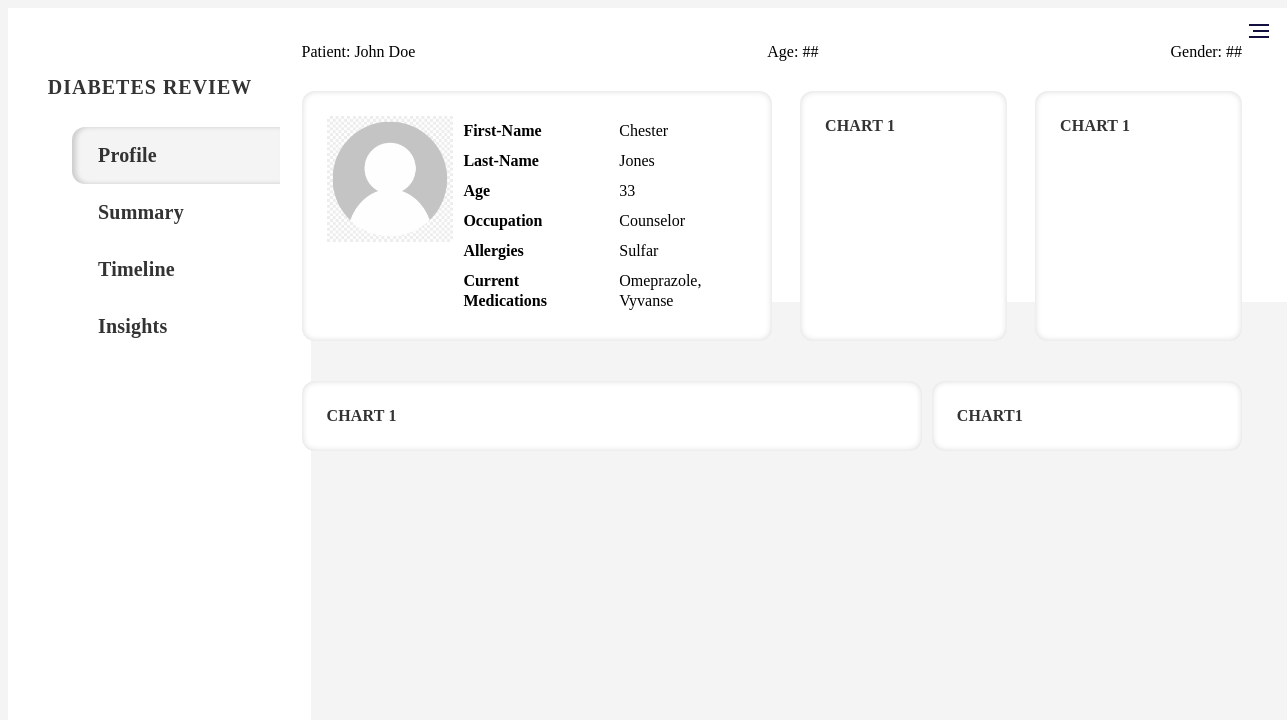
Repository: ariellecerini/clinical-reasoning
Page: /
An editor plug-in stored every save of this project. The page is shown before and after the next save, followed by the edit.
The browser window is 1280 px wide. The page is 1287 px wide, so the pictures cover 1287 px, including what lies to the right of the window. The pictures show the whole page.
The project was rebuilt for these pictures with package versions that can differ from the ones it lists, and the page was loaded fresh each time.

Above is the page before, as saved 2021-07-18 23:47:09.

### src/App.vue
<template>

                <div class="page-container">
                    <div class="row">
                        <div class="col-3">
                        <side-panel v-bind="{showing: true, title: 'Diabetes Review'}" />
                        </div>
                        <div class="col-9 dashboard bodycontent">
                            <div class="row dashboard bodycontent top-bar" style="padding-bottom: 30px;">
                                <div>Patient: John Doe</div>
                                <div>Age: ##</div>
                                <div>Gender: ##</div>

                            </div>

                                <div class="row dashboard bodycontent" style="padding-bottom: 40px;">
                                    <div class="two-col">
                                        <profile-card :profile='data'/>
                                    </div>
                                     <div class="four-col">
                                        <info-module v-bind="{title: 'Chart 1', content: sample}"/>
                                    </div>
                                     <div class="four-col">
                                        <info-module v-bind="{title: 'Chart 1', content: data}"/>
                                    </div>


                                </div>
                                <div class="row dashboard bodycontent">
                                    <div style="width: 66%; padding: 0;">
                                        <info-module v-bind="{title: 'Chart 1'}"/>
                                    </div>
                                    <div style="width: 33%;">
                                        <info-module v-bind="{title: 'Chart1'}"/>
                                    </div>
                                </div>
                        </div>
                    </div>
                </div>

</template>

<script>
import './stories/Dashboard/dashboard.css';
import './stories/style-tokens.css';
import SidePanel from './stories/Dashboard/Menu/SidePanel/SidePanel.vue'
import InfoModule from './stories/Dashboard/Components/InfoModule/InfoModule.vue';
import ProfileCard from './stories/Dashboard/Components/ProfileCard/ProfileCard.vue';
import './assets/bootstrap-4.1.3-dist/css/bootstrap-grid.min.css';
import profileData from "./assets/profileData.json";
import sampleData from "./assets/sampleData.json";

export default {
    name: "dashboard-layout",
    components: {
    InfoModule,
    SidePanel,
    ProfileCard
  },

    props:{
        title: String
    },
   data(){

        return{
            data: profileData,
            sample: sampleData
        }
      }

}
</script>

<style scoped>
.page-container{
    width: 100%;
    padding: 0;
    margin: 0;
    display:flexbox;
    justify-content: space-between;
}

.row.dashboard.bodycontent{
    width: 100%;
    display: flexbox;
    justify-content: space-between;

}
.col-9.dashboard.bodycontent{
    width: 100%;
    padding: 35px 30px 35px 0;

}
.two-col{
  width:50%;
}
.three-col{
    width: 33%;
}

.four-col{
    width: 22%;
}

iframe.sb-show-main.sb-main-padded{
    padding: 0 !important;
}
.card{
    width: 100%;
}

p{
  margin-top: 5px !important;
  margin-bottom: 5px !important;
}
</style>

### src/stories/Dashboard/dashboard.css
.card{
    background: var(--cardBackground) 0% 0% no-repeat padding-box;
    box-shadow: inset 0px 0px 6px #00000029;
    border-radius: 13px;
    width: 90%;
    height: 100%;
    padding: 25px;
    margin: auto;
}

h3.card-title.dashboard{
    text-align: left;
    font: normal normal bold 16px/20px IBM Plex Sans;
    letter-spacing: 0.18px;
    color: var(--black);
    text-transform: uppercase;
    opacity: 1;
    margin: 0;
}

.listItem{
    border-bottom: 1px solid var(--gray4);
    text-align: left;
    font: normal normal 400 16px/20px IBM Plex Sans;
    letter-spacing: 0px;
    color: #5D5D5D;
    opacity: 1;
    padding: 2% 0;
}

### src/stories/Dashboard/Menu/SidePanel/SidePanel.vue
<template>


<div id="app">
 <nav class="main-nav">
     <div class="logo">
       {{ title }}
     </div>
     <Burger></Burger>
   </nav>
    <Sidebar class="sidebar menu navholder">
     <div class="site-title">{{ title }}</div>
        <div class="menu-items">
            <menu-item @onClick="onClick" v-bind="{ active: true, hover: false, label: 'profile' }"/>
            <menu-item @onClick="onClick" v-bind="{ active: false, hover: false, label: 'summary' }"/>
            <menu-item @onClick="onClick" v-bind="{ active: false, hover: false, label: 'timeline' }"/>
            <menu-item @onClick="onClick" v-bind="{ active: false, hover: false, label: 'insights' }"/>
        </div>
   </Sidebar>



<!-- onclick function needs to be added
        set all 'active' props to false except for the menu item that was clicked
        switch the displayed info to the page that corresponds with the menu item
    -->

    </div>
</template>

<script>
import '../MenuItem/Menu.css';
import MenuItem from '../MenuItem/MenuItem.vue';
import Burger from '../MenuItem/Burger.vue';
import Sidebar from '../SidePanel/Sidebar.vue';
// import '../../../assets/normalize.css'

export default {
 name: 'side-panel',
  components: {
      MenuItem,
      Burger,
      Sidebar
      },
 props: {
     title: {
      type: String,
      required: true
    }
 }
}
</script>

<style scoped>
 .main-nav {
   display: flex;
   justify-content: space-between;
   padding: 0.5rem 0.8rem;
 }

 ul.sidebar-panel-nav {
   list-style-type: none;
 }

 ul.sidebar-panel-nav > li > a {
   color: #fff;
   text-decoration: none;
   font-size: 1.5rem;
   display: block;
   padding-bottom: 0.5em;
 }
</style>

### src/stories/Dashboard/Components/InfoModule/InfoModule.vue
<template>
  <Card class="card">
    <h3 class="card-title dashboard">{{title}}</h3>
    <div v-if= "contentType === 'ListTable'">
      <ListTable v-bind="{content: ''}" />
      </div>
  </Card>
</template>

<script>
import '../../dashboard.css';
import Card from '../Card/Card.vue';
import ListTable from '../ListTable/ListTable.vue'
// import '../../../assets/normalize.css'

// import '../../../assets/style.css'

export default {
  name: 'info-module',
  components: { Card, ListTable },
  props: {
    title: {
      type: String,
      required: true,
      default: "Insert Title Here"
    },
    content: {
      type: Array,
      required: false

    },
    contentType:{
      type: String,
      required: true,
      default: 'ListTable'
    }
  },
};
</script>

### src/stories/Dashboard/Components/ProfileCard/ProfileCard.vue
<template>
  <Card class="card">
   <div class="profile-card">
       <div class="left-side">
            <div class="profile-image" style="width: 100%;">
                    <img src="../../../assets/place-holder.png" style="width: 100%;">
                </div>

            {{profile.name}}
        </div>

        <div class="right-side">
            <div v-for="(value, name) in profile" :key="value">
                <!-- <div v-for="newDataValue in newDataValues" :key="newDataValue"> -->
                 <div style="display: flex; justify-content: space-between;  font: normal normal 500 16px/20px IBM Plex Sans">
                    <div style="width: 45%;">
                        <p>
                          <strong>
                            {{name}}
                          </strong>
                        </p>
                    </div>
                    <div style="width: 45%; ">
                      <p>
                        {{value}}
                      </p>
                    </div>
                </div>
                    <!-- </div> -->
            </div>
        </div>
      </div>
  </Card>
</template>

<script>
import '../../dashboard.css';
import Card from '../Card/Card.vue';

// import '../../../assets/normalize.css'

// import '../../../assets/style.css'

export default {
  name: 'profile-card',
  components: { Card },
  props: {
    title: {
      type: String,
      required: true,
      default: "Insert Title Here"
    },
    profile:{
      type: Array,
      required: true
    },
    image:{
      type: String,
      required: false
          }
  }
};
</script>

<style scoped>
.profile-card{
  display: flex;
  justify-content: space-between;
}

p{
  margin-top: 5px;
  margin-bottom: 5px;
  text-transform: capitalize;
}
.left-side{
  width: 30%;
}
</style>

### src/stories/Dashboard/Menu/MenuItem/Menu.css
.sb-show-main.sb-main-padded{
    background: #fafafa;

}
.nav-item {
    box-shadow: none;
    padding-top: 15px;
    padding-bottom: 15px;
    padding-left: 10%;
    margin-left: auto;
    width: 80%;
    text-align: left;
    text-transform:capitalize;
    font: normal normal 600 20px/27px IBM Plex Sans;
    letter-spacing: 0.2px;
    color: var(--black);
    border-radius: 0;
}

.nav-item.nav-item-hover{
    background-color: var(--gray1);
    border-radius: 13px 0px 0px 13px;
}

.nav-item:hover{
    background-color: var(--appBgColor);
    border-radius: 13px 0px 0px 13px;
}
.nav-item.nav-item-active {
    box-shadow: inset 4px 0px 5px #00000029;
    border-radius: 13px 0px 0px 13px;
    background-color: var(--appBgColor);

   }

/* 'nav-item--active': this.active,
'nav-item--rounded': this.rounded, */

.sidebar.menu.navholder{
    background: #FFFFFF 0% 0% no-repeat padding-box;
    /* box-shadow: inset 0px 3px 10px #00000029; */
    opacity: 1;
    width: 100%;
    height: 100vh;
    justify-content: flex-start;
    max-width: 303px;
    display: flex;
    position: fixed;
    flex-direction: column;
    padding-bottom: 10%;
}

.site-title{
    margin-top: 10%;
    margin-bottom: 10%;
    text-align: center;
    font: normal normal 600 20px/27px IBM Plex Sans;
    letter-spacing: 1px;
    color: #333333;
    text-transform: uppercase;
    opacity: 1;
}

.logo{
    margin-top: 10%;
    margin-bottom: 10%;
    text-align: center;
    font: normal normal 600 20px/27px IBM Plex Sans;
    letter-spacing: 1px;
    color: #333333;
    text-transform: uppercase;
    opacity: 1;
}

.main-nav{
    background-color: var(--menuBackground);
    position: fixed;
    width: 100%;
}

### src/stories/Dashboard/Menu/MenuItem/MenuItem.vue
<template>
  <div :class="classes" @click="onClick">{{ label }}</div>
</template>

<script>
import './Menu.css';
import '../../../assets/style.css'
// import '../../../assets/normalize.css'

export default {
  name: 'menu-item',

  props: {
    label: {
      type: String,
      required: true,
    },
    active:{
      type: Boolean,
      default: true
    },
    hover: {
      type: Boolean,
      default: false,
    },

  },

  computed: {
    classes() {
      return {
        'nav-item': true,
        'nav-item-active': this.active,
        'nav-item-hover': this.hover
      };
    },

  },

  methods: {
    onClick() {
      this.$emit('onClick');
    },
  },
};
</script>

### src/stories/Dashboard/Menu/MenuItem/Burger.vue
<template>
    <div id="burger"
         :class="{ 'active' : isBurgerActive }"
         @click.prevent="toggle">
        <slot>
            <button type="button" class="burger-button" title="Menu">
                <span class="burger-bar burger-bar--1"></span>
                <span class="burger-bar burger-bar--2"></span>
                <span class="burger-bar burger-bar--3"></span>
            </button>
        </slot>
    </div>
</template>
<script>
    export default {
        data: () => ({
            isBurgerActive: false
        }),
        methods: {
            toggle() {
                this.isBurgerActive = !this.isBurgerActive
            }
        }
    }
</script>
<style>
   .hidden {
        visibility: hidden;
    }

    button {
        cursor: pointer;
    }

    /* remove blue outline */
    button:focus {
        outline: 0;
    }

    .burger-button {
        position: relative;
        height: 30px;
        width: 32px;
        display: block;
        z-index: 999;
        border: 0;
        border-radius: 0;
        background-color: transparent;
        pointer-events: all;
        transition: transform .6s cubic-bezier(.165,.84,.44,1);
    }

    .burger-bar {
        background-color: #130f40;
        position: absolute;
        top: 50%;
        right: 6px;
        left: 6px;
        height: 2px;
        width: auto;
        margin-top: -1px;
        transition: transform .6s cubic-bezier(.165,.84,.44,1),opacity .3s cubic-bezier(.165,.84,.44,1),background-color .6s cubic-bezier(.165,.84,.44,1);
    }

    .burger-bar--1 {
        -webkit-transform: translateY(-6px);
        transform: translateY(-6px);
    }

    .burger-bar--2 {
        transform-origin: 100% 50%;
        transform: scaleX(.8);
    }

    .burger-button:hover .burger-bar--2 {
        transform: scaleX(1);
    }

    .no-touchevents .burger-bar--2:hover {
        transform: scaleX(1);
    }

    .burger-bar--3 {
        transform: translateY(6px);
    }

    #burger.active .burger-button {
        transform: rotate(-180deg);
    }

    #burger.active .burger-bar {
        background-color: #fff;
    }

    #burger.active .burger-bar--1 {
        transform: rotate(45deg)
    }

    #burger.active .burger-bar--2 {
        opacity: 0;
    }

    #burger.active .burger-bar--3 {
        transform: rotate(-45deg)
    }
</style>

### src/stories/Dashboard/Menu/SidePanel/Sidebar.vue
<template>
    <div class="sidebar">
        <div class="sidebar-backdrop" @click="closeSidebarPanel" v-if="isPanelOpen"></div>
        <transition name="slide">
            <div v-if="isPanelOpen"
                 class="sidebar-panel">
                <slot></slot>
            </div>
        </transition>
    </div>
</template>
<script>
    export default {
        data: () => ({
            isPanelOpen: true
        }),
        methods: {
            closeSidebarPanel() {
                this.isPanelOpen = false
            }
        }
    }
</script>
<style>
    .slide-enter-active,
    .slide-leave-active
    {
        transition: transform 0.2s ease;
    }

    .slide-enter,
    .slide-leave-to {
        transform: translateX(-100%);
        transition: all 150ms ease-in 0s
    }

    .sidebar-backdrop {
        width: 100vw;
        height: 100vh;
        position: fixed;
        top: 0;
        left: 0;
        cursor: pointer;
    }

    .sidebar-panel {
        overflow-y: auto;
        position: fixed;
        left: 0;
        top: 0;
        height: 100vh;
        z-index: 999;
        padding: 3rem 20px 2rem 20px;
        width: 300px;
    }
</style>

### src/stories/Dashboard/Components/Card/Card.vue
<template>
  <div class="card"><slot/></div>
</template>

<script>
import '../../dashboard.css'
// import '../../../assets/normalize.css'

// import '../../../assets/style.css'

export default {
  name: 'card',

  props: {
    content: {
      type: Array,
      required: true,
    }
  },
};
</script>

### src/stories/Dashboard/Components/ListTable/ListTable.vue
<template>
  <div class="listTable" v-for="item in content" :key="item">
    <ListItem v-bind="{ entry: item }" />
  </div>
</template>

<script>
import '../../dashboard.css';
// import '../../../assets/style.css'
import ListItem from '../ListItem/ListItem.vue'
// import '../../../assets/normalize.css'

export default {
  name: 'list-table',
  components: { ListItem },
  props: {
    entry: {
      type: String,
      required: true,
    },
    content: {
      type: Array,
      required: false
    }
  },
  computed: {
    info() {
      return {
        'this.entry': true
      };
    },
  }
};
</script>

### src/stories/assets/style.css

:root {
    /*color for UI*/
    --dkOrange: #ef6a42;
    --orange: #ffeed6;
    --ltOrange: #fdf4e7;
    --dkTeal: #115f6c;
    --teal: #d7f4f5;
    --ltTeal: #edfeff;
    --dkBlue: #2f3b51;
    --blue: #dbe6f8;
    --ltBlue: #fafafa;
    --gray1: #f4f4f4;
    --gray2: #d8d8d8;
    --gray3: #727272;
    --gray4: #5d5d5d;
    --black: #333333;
    --white: #fff;

    /*background-colors*/
    --windowbgColor: #f4f4f4;
    --appBgColor: var(--gray1);

    /*text colors*/
    --bodyCopy: var(--black);
    --headLineCopy: var(--black);
    --headLineCopyLt: var(--white);

    /*conditional colors*/
    --suggestionDark: var(--dkOrange);
    --suggestionLight: var(--ltOrange);
    --adherenceDark: var(--dkTeal);
    --adherenceLight: var(--ltTeal);

    /*container sizes*/
    --deviceContainer: 420px;

    /*border styling*/
    --borderRadius: 5pt;

    /*object shadow styling*/
    --shadowStyleOne: 0 1pt 2pt #00000014;
    --shadowStyleTwo: 0 0 3px #00000029;
    --shadowStyleThree: 0 0 3px #00000016;
    --shadowStyleFour: 0 0.125rem 0.5rem rgb(0 0 0 / 10%),
      0 0.0625rem 0.125rem rgb(0 0 0 / 6%);
    --shadowStyleFive: 3pt 3pt 8pt #0000000a;
    --shadowStyleSix: 0pt 1pt 2pt #0000000a;

    /*navbar*/
    --navLinkColor: var(--black);
    --navOpenBgColor: var(--gray1);
    --navBannerBgColor: var(--white);

    /*font-specifications*/
    --baseFontSize: 12pt;
    --fontFamily: "IBM Plex Sans", sans-serif;

    /*card styling*/
    --cardShadow: 0 3pt 6pt #00000029;
    --cardBackground: var(--white);

    /*multi-view slider*/
    --btmPadding: 4%;

    /*with image*/
    --spaceBtwnImage: 5%;

    /*without image*/
    --spaceBtwnNImage: 6%;

    /*single view slider*/
    --cardBorderRadius: 10pt;

    /*menu styling*/
    --menuBackground: var(--white);
    --sidePanelBackground: var(--white);
  }

body{
    background: var(--appBgColor);
}

.navitem .bg-primary .rounded .navitem-active{

    background-color: var(--appBgColor);
    box-shadow: inset 4px 0px 5px #00000029;
    border-radius: 13px 0px 0px 13px;
}

p{
  font-weight: 300;
}


/* .menu-item{

    background-color: var(--appBgColor);
    box-shadow: inset 4px 0px 5px #00000029;
    border-radius: 13px 0px 0px 13px;
} */

### src/stories/Dashboard/Components/ListItem/ListItem.vue
<template>
  <div>
    <p class="listItem">{{entry}}</p>
  </div>
</template>

<script>
import '../../dashboard.css';
// import '../../../assets/normalize.css'

// import '../../../assets/style.css'

export default {
  name: 'list-item',
  props: {
    entry: {
      type: String,
      required: true,
      default: "Insert Line Item Here"
    }
  },
};
</script>

Loaded but not shown: public/index.html (common file); src/main.js (common file); src/assets/bootstrap-4.1.3-dist/css/bootstrap-grid.min.css (library); src/assets/sampleData.json (28 lines, source omitted); src/assets/profileData.json (8 lines, source omitted); src/stories/style-tokens.css (305 lines, source omitted)

After the next save:
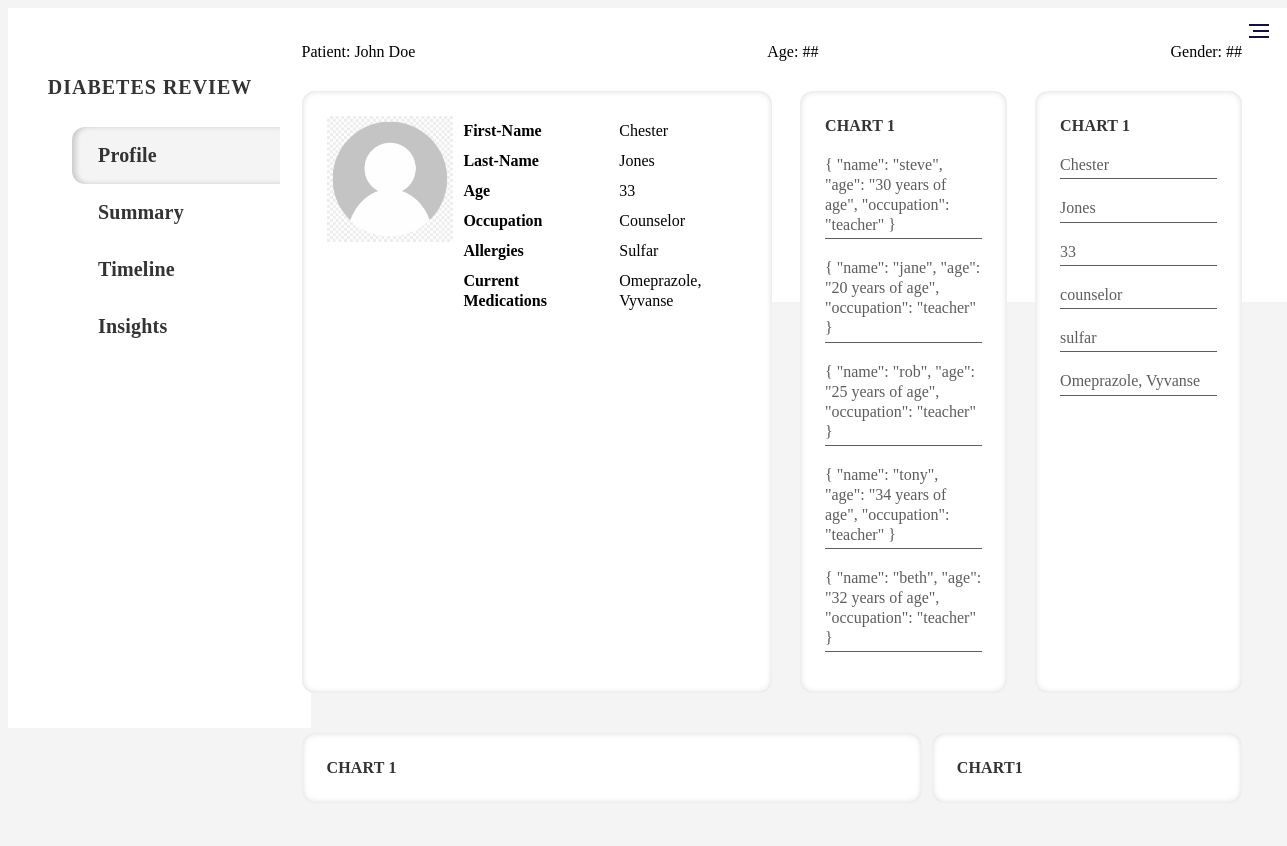
Saved 32 s later.
--- a/src/stories/Dashboard/Components/InfoModule/InfoModule.vue
+++ b/src/stories/Dashboard/Components/InfoModule/InfoModule.vue
@@ -2,7 +2,7 @@
   <Card class="card">
     <h3 class="card-title dashboard">{{title}}</h3>
     <div v-if= "contentType === 'ListTable'">
-      <ListTable v-bind="{content: ''}" />
+      <ListTable v-bind="{content: content}" />
       </div>
   </Card>
 </template>
